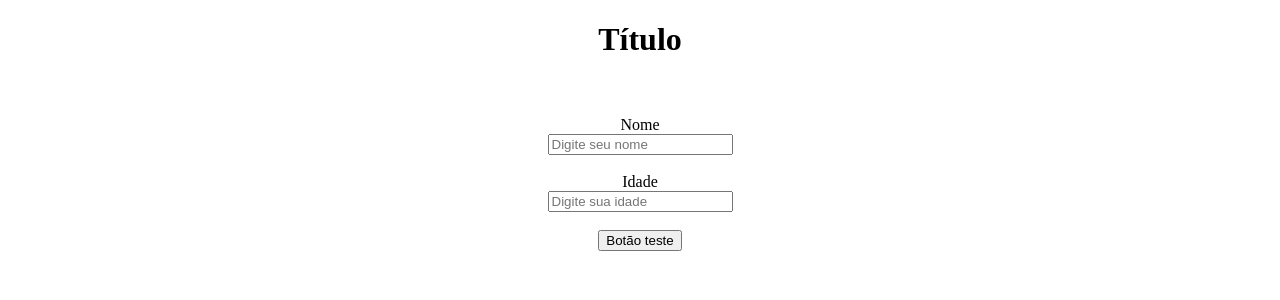
Repository: Gabrielb0rn/Java-script.io
Page: 5quintaaula 2606/index.html
An editor plug-in stored every save of this project. The page is shown before and after a run of saves, followed by the edit.
The browser window is 1280 px wide. The pictures show the whole page.

Above is the page before, as saved 2024-06-26 11:52:33.

### 5quintaaula 2606/index.html
<!DOCTYPE html>
<html lang="pt-BR">
<head>
    <meta charset="UTF-8">
    <meta name="viewport" content="width=device-width, initial-scale=1.0">
    <title>HTML + JS</title>
    <link rel="stylesheet" href="assets/style.css">
</head>
<body><center>
    <h1>Título</h1>
    <br><br>
    <label>Nome</label>
    <br>
    <input id="nome" type="text" placeholder="Digite seu nome">
    <br><br>
    <label>Idade</label>
    <br>
    <input id="idade" type="number" placeholder="Digite sua idade">
    <br><br>
    <button onclick="botao()">Botão teste</button>

    <script src="assets/scripts.js"></script>
</body></center>
</html>

### 5quintaaula 2606/assets/scripts.js
function nomeEidade() {
    let elementoInput = document.getElementById('nome')
    let nome = elementoInput.value
}














function botao() {
    alert('Teste')
}

Loaded but not shown: 5quintaaula 2606/assets/style.css (no stored copy; drawn as an empty file)

After the next 2 saves:
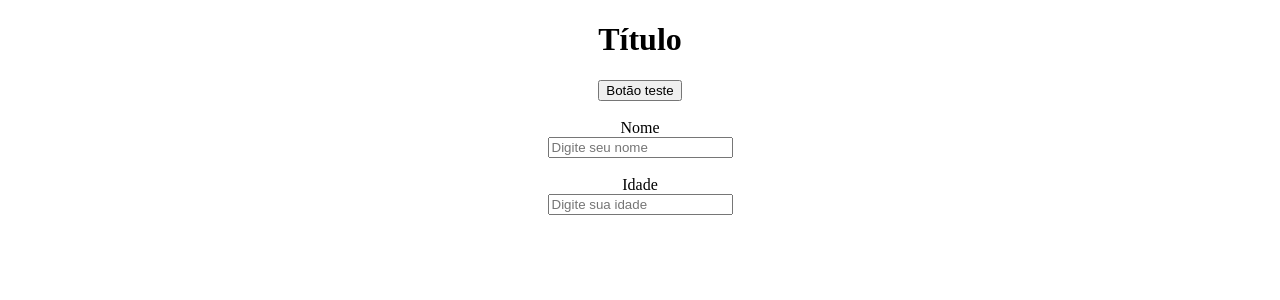
The 2 saves are shown as one change because they came seconds apart.
The last was saved 18 s later.
--- a/5quintaaula 2606/index.html
+++ b/5quintaaula 2606/index.html
@@ -8,6 +8,7 @@
 </head>
 <body><center>
     <h1>Título</h1>
+    <button onclick="botao()">Botão teste</button>
     <br><br>
     <label>Nome</label>
     <br>
@@ -17,7 +18,7 @@
     <br>
     <input id="idade" type="number" placeholder="Digite sua idade">
     <br><br>
-    <button onclick="botao()">Botão teste</button>
+
 
     <script src="assets/scripts.js"></script>
 </body></center>
